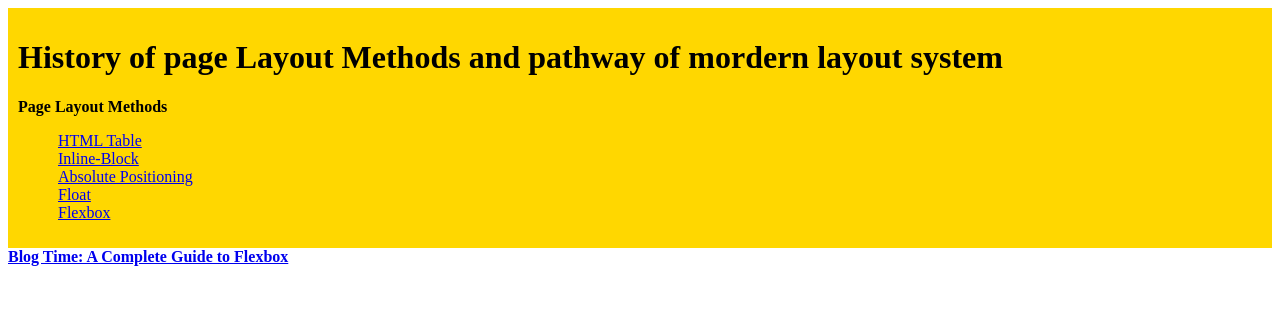
Repository: aniatot/CSS_KT
Page: 4 Display Flex/index.html
The author's editor kept a copy of each file at every save. The page is drawn from the files as they stood at one save, then again after the next save.
The browser window is 1280 px wide. The pictures show the whole page.

Above is the page before, as saved 2023-10-18 21:36:50.

### 4 Display Flex/index.html
<!DOCTYPE html>
<html lang="en">

<head>
  <meta charset="UTF-8">
  <meta name="viewport" content="width=device-width, initial-scale=1.0">
  <title>Column Layout Methods</title>
  <style>
    p {
      padding: 0;
      margin: 0;
      font-weight: 700;
    }

    li {
      list-style: none;
    }

    .container {
      padding: 10px;
      background-color: gold;
    }

  </style>
</head>

<body>
  <div class="container">
    <h1>History of page Layout Methods and pathway of mordern layout system</h1>
    <p>Page Layout Methods</p>
  <ul>
    <li><a href="./html-table.html">HTML Table</a></li>
    <li><a href="./inline-block.html">Inline-Block</li>
    <li><a href="./absolute-position.html">Absolute Positioning</li>
    <li><a href="./float.html">Float</li>
    <li><a href="./flex.html">Flexbox</li>
  </ul>
  </div>
  <p><a href="https://css-tricks.com/snippets/css/a-guide-to-flexbox/">Blog Time: A Complete Guide to Flexbox</a></p>
</body>

</html>

After the next save:
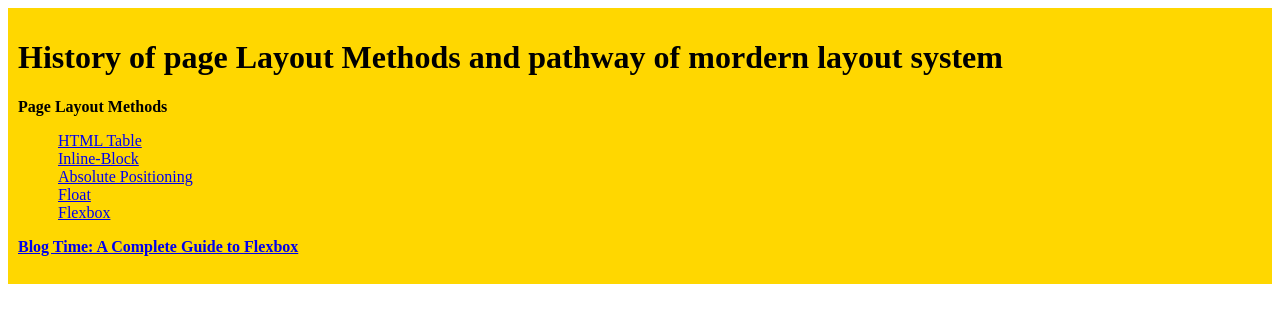
Saved 2 min 22 s later.
--- a/4 Display Flex/index.html
+++ b/4 Display Flex/index.html
@@ -35,8 +35,11 @@
     <li><a href="./float.html">Float</li>
     <li><a href="./flex.html">Flexbox</li>
   </ul>
+
+
+  <p><a href="https://css-tricks.com/snippets/css/a-guide-to-flexbox/">Blog Time: A Complete Guide to Flexbox</a></p>
+  <br>
   </div>
-  <p><a href="https://css-tricks.com/snippets/css/a-guide-to-flexbox/">Blog Time: A Complete Guide to Flexbox</a></p>
 </body>
 
 </html>
